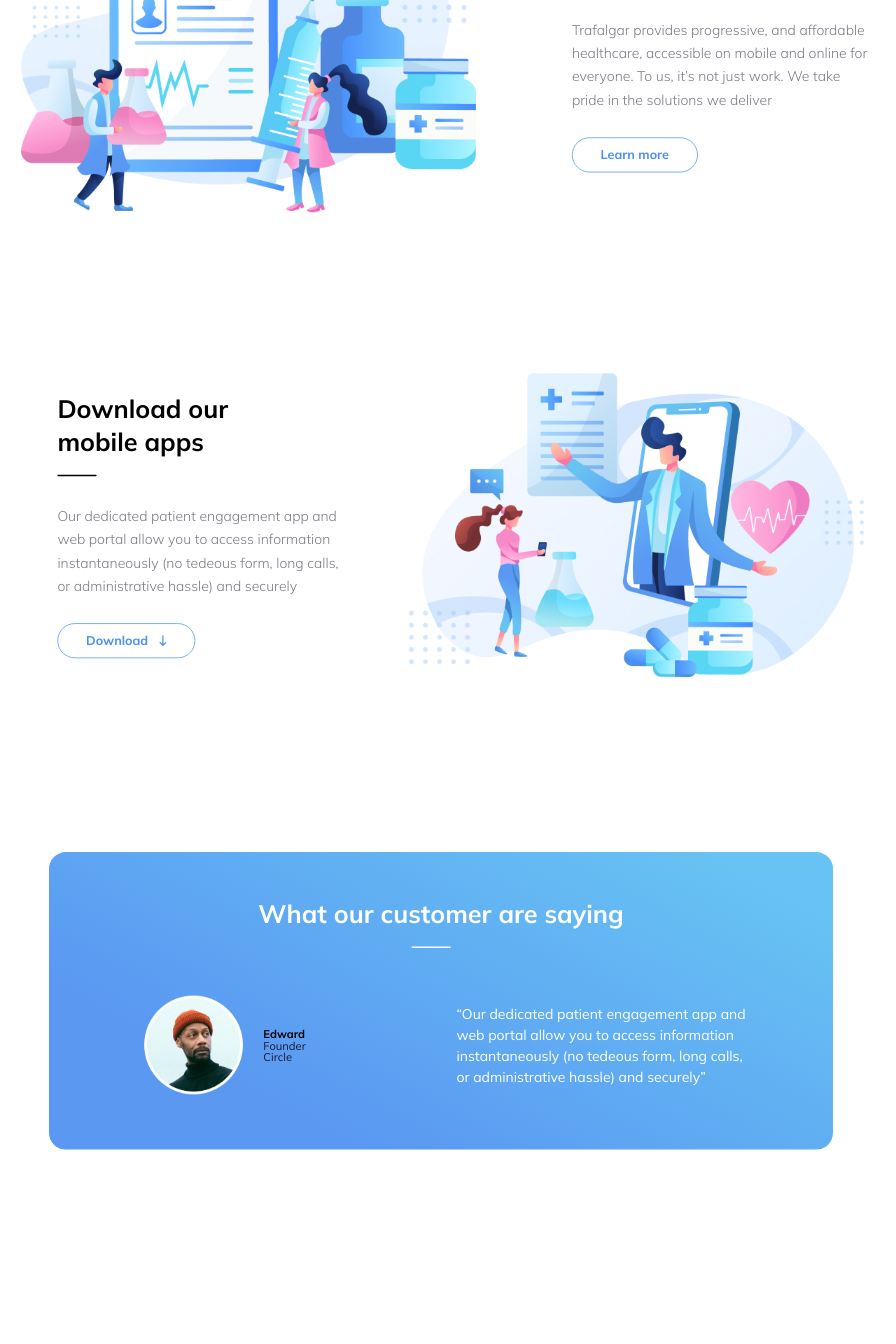
Repository: tungcutte35/Trafalgar
Page: index.html
The author's editor kept a copy of each file at every save. The page is drawn from the files as they stood at one save, then again after the next save.
The browser window is 1280 px wide. The pictures show the part of the page from y = 2526 to 4446 px (the page is 4446 px tall), at 70% of full size.
The style sheet was rebuilt from its Sass, Less or Tailwind sources for each picture, by a compiler version that may differ from the author's.

Above is the page before, as saved 2021-10-18 00:59:33.

### index.html
<!DOCTYPE html>
<html lang="en">
<head>
  <meta charset="UTF-8">
  <meta http-equiv="X-UA-Compatible" content="IE=edge">
  <meta name="viewport" content="width=device-width, initial-scale=1.0">
  <title>Trafalgar</title>
  <link rel="stylesheet" href="./sass/css/app.css">
  <link rel="preconnect" href="https://fonts.googleapis.com">
  <link rel="preconnect" href="https://fonts.gstatic.com" crossorigin>
  <link href="https://fonts.googleapis.com/css2?family=Mulish:wght@300;400;700&display=swap" rel="stylesheet">
 <link rel="stylesheet" href="./font/fontawesome-free-5.15.4-web/css/all.min.css">
</head>
<body>
  <div class="wrapper">
    <header class="header">
    <div class="container">
      <div class="header-main">
        <img srcset="./Images/logo.png 2x" alt="" class="header-img">
        <ul class="menu">
          <li class="menu-item">
            <a href="#" class="menu-link menu-firsd">Home</a>
          </li>
          <li class="menu-item">
            <a href="#" class="menu-link">Find a doctor</a>
          </li>
          <li class="menu-item">
            <a href="#" class="menu-link">Apps</a>
          </li>
          <li class="menu-item">
            <a href="#" class="menu-link">Testimonials</a>
          </li>
          <li class="menu-item">
            <a href="#" class="menu-link">About us</a>
          </li>
          <li class="menu-log">
            <a href="#" class="button button--outline ">Login</a>
          </li>
          <li class="menu-log">
            <a href="#" class="button button--primary ">Logup</a>
          </li>
        </ul>
      </div>
    </div>
    </header>
    <section class="virtual">
      <div class="container">
        <div class="virtual-main">
          <div class="virtual-firsd">
            <h2 class="virtual-heading">Virtual
              for you</h2>
            <p class="text virtual-content">Trafalgar provides progressive, and affordable healthcare, accessible on mobile and online for everyone</p>
            <a href="#" class="button button--primary">Consult today</a>
          </div>
          <div class="virtual-img">
            <img srcset="./Images/img1.png 2x" alt="" class="virtual-imgs">
          </div>
        </div>
      </div>
    </section>
    <secction class="sevices">
      <div class="container">
        <div class="sevices-header">
          <h3 class="heading sevices-heading">Our services</h3>
          <p class="text sevices-content">We provide to you the best choiches for you. Adjust it to your health needs and make sure your undergo treatment with our highly qualified doctors you can consult with us which type of service is suitable for your health</p>
        </div>
        <div class="sevices-main">
          <div class="sevices-item">
            <div class="sevices-price">
            <img class="sevices-img" srcset="./Images/icon1.png 2x" alt="">
            </div>
            <h4 class="heading sevices-title">Search doctor</h4>
            <p class="text sevices-desc">Choose your doctor from thousands of specialist, general, and trusted hospitals</p>
          </div>
          <div class="sevices-item">
            <div class="sevices-price">
            <img class="sevices-img" srcset="./Images/icon2.png 2x" alt="">
            </div>
            <h4 class="heading sevices-title">Online pharmacy</h4>
            <p class="sevices-desc">Buy  your medicines with our mobile application with a simple delivery system</p>
          </div>
          <div class="sevices-item">
            <div class="sevices-price">
            <img class="text sevices-img" srcset="./Images/icon3.png 2x" alt="">
            </div>
            <h4 class="heading sevices-title">Consultation</h4>
            <p class="sevices-desc">Free consultation with our trusted doctors and get the best recomendations</p>
          </div>
          <div class="sevices-item">
            <div class="sevices-price">
            <img class="sevices-img" srcset="./Images/icon4.png 2x" alt="">
            </div>
            <h4 class="heading sevices-title">Details info</h4>
            <p class="text sevices-desc">Free consultation with our trusted doctors and get the best recomendations</p>
          </div>
          <div class="sevices-item">
            <div class="sevices-price">
            <img class="sevices-img" srcset="./Images/icon5.png 2x" alt="">
            </div>
            <h4 class="heading sevices-title">Emergency care</h4>
            <p class="text sevices-desc">You can get 24/7 urgent care for yourself or your children and your lovely family</p>
          </div>
          <div class="sevices-item">
            <div class="sevices-price">
            <img class="sevices-img" srcset="./Images/icon6.png 2x" alt="">
            </div>
            <h4 class="heading sevices-title">Tracking</h4>
            <p class="text sevices-desc">Track and save your medical history and health data </p>
          </div>
        </div>
        <a href="" class="button button--outline sevices-more">Learn more</a>
      </div>
    </secction>
    <section class="lead">
      <div class="container">
        <div class="lead-main">
          <div class="lead-img">
            <img srcset="./Images/img2.png 2x" alt="">
          </div>
          <div class="lead-firsd">
            <h3 class="heading lead-heading">
              Leading healthcare providers
            </h3>
          <div class="lead-title">
            <p class="text lead-content">
              Trafalgar provides progressive, and affordable healthcare, accessible on mobile and online for everyone. To us, it’s not just work. We take pride in the solutions we deliver
            </p>
          </div>
            <a href="#" class="button button--outline">Learn more</a>
          </div>


        </div>
      </div>
    </section>
    <section class="download">
      <div class="container">
        <div class="download-main">
          <div class="dowload-firds">
            <h3 class="heading download-heading">
              Download our mobile apps
            </h3>
            <p class="text download-content">
              Our dedicated patient engagement app and web portal allow you to access information instantaneously (no tedeous form, long calls, or administrative hassle) and securely
            </p>
            <a href="#" class="button button--outline">
              <span>Download</span>
              <img class="download-icon" src="./Images/Bottom.svg" alt="">
            </a>
          </div>
          <img srcset="./Images/img3.png 2x" alt="" class="download-img">
        </div>
      </div>
    </section>
    <section class="customer">
      <div class="container">
        <div class="customer-main">
          <div class="customer-firds">
            <h3 class="heading customer-heading">
              What our customer are saying
            </h3>
          </div>
          <div class="customer-seconds">
            <div class="customer-highlight">
              <img class="customer-img" srcset="./Images/avt.png 2x" alt="">
              <div class="customer-name">
                <p class="heading cutomer-name-firsd">Edward</p>
                <p class="customer-name-seconds">
                  Founder Circle
                </p>
              </div>
            </div>
            <div class="customer-contents">
              <p class="customer-content">
                “Our dedicated patient engagement app and web portal allow you to access information instantaneously (no tedeous form, long calls, or administrative hassle) and securely”
              </p>
            </div>
          </div>
        </div>
      </div>
    </section>
  </div>
<!-- sass app.scss css/app.css --watch -->

</body>
</html>

### sass/app.scss
@import "reset";
@import "variables";
@import "global";
@import "header";
@import "./menu";
@import "./virtual";
@import "./sevices";
@import "./lead";
@import "./download";
@import "./customer";

### sass/_variables.scss
$font: "Mulish", sans-serif;
$gray: #1f1534;
$heading-color: #000000;
$primary-color: #458ff6;
$footer-color: #fff;
$text-color: #7d7987;

### sass/_global.scss
.wrapper {
  max-width: 1600px;
  margin: 0 auto;
}
.container {
  max-width: 1260px;
  margin: 0 auto;
  padding: 0 20px;
}
body {
  font-family: $font;
  line-height: 1;
  font-size: 16px;
  color: $gray;
}
ul {
  list-style-type: none;
}
.button {
  display: inline-flex;
  justify-content: center;
  align-items: center;
  font-size: 18px;
  font-weight: 700;
  height: 50px;
  padding: 0 40px;
  border-radius: 55px;
  background-color: transparent;
  border: 0;
  outline: none;
  cursor: pointer;
  &--primary {
    color: #fff;
    background-color: $primary-color;
  }
  &--outline {
    color: $primary-color;
    border: 1.4px solid $primary-color;
  }
}
.heading {
  color: black;
  font-weight: 700;
}
.text {
  font-size: 18px;
  font-weight: 300;
  color: $text-color;
  line-height: calc(30 / 18);
}

### sass/_header.scss
.header {
  padding-top: 56px;
  margin-bottom: 70px;
  &-main {
    display: flex;
    justify-content: space-between;
    align-items: center;
  }
  &-log {
    display: flex;
    justify-content: space-between;
    align-items: center;
    gap: 0 40px;
  }
}

### sass/_menu.scss
.menu {
  display: flex;
  align-items: center;
  gap: 0 30px;
  &-link {
    color: #8f8a9a;
    font-size: 18px;
  }
  &-firsd {
    color: $gray;
    font-weight: 700;
  }
  &-link:after {
    display: block;
    content: "";
    border-bottom: solid 2px $primary-color;
    transform: scaleX(0);
    transition: transform 250ms ease-in-out;
  }
  &-link:hover:after {
    transform: scaleX(1);
  }
  &-link:hover {
    color: $primary-color;
  }
}

### sass/_virtual.scss
.virtual {
  margin-bottom: 175px;
  &-main {
    display: flex;
    justify-content: space-between;
    align-items: center;
  }
  &-firsd {
    width: 100%;
    max-width: 445px;
    padding-right: 2px;
  }
  &-heading {
    font-size: 48px;
    width: 100%;
    max-width: 197px;
    line-height: calc(56 / 48);
    margin-bottom: 25px;
  }
  &-content {
    font-size: 21px;
    font-weight: 300;
    line-height: calc(32 / 21);
    margin-bottom: 45px;
  }
}

### sass/_sevices.scss
.sevices {
  &-header {
    max-width: 952px;
    margin: 0 auto 35px;
    text-align: center;
  }
  &-heading {
    font-size: 36px;
    line-height: calc(56 / 36);
    position: relative;
    &::after {
      content: "";
      position: absolute;
      bottom: -23px;
      left: 47%;
      width: 56px;
      height: 2px;
      background-color: black;
    }
  }
  &-content {
    display: flex;
    align-items: center;
    justify-content: center;
    margin-top: 50px;
  }
  &-main {
    display: grid;
    grid-template-columns: repeat(3, 1fr);
    grid-gap: 37px 34px;
    max-width: 1120px;
    margin: 35px 40px;
    position: relative;
  }
  &-item {
    height: 350px;
    background-color: #fff;
    border-radius: 20px;
    box-shadow: 10px 40px 50px rgba(229, 233, 246, 0.4);
  }
  &-img {
    padding: 54px 0 23px 37px;
  }
  &-title {
    font-size: 24px;
    padding: 0 0 1px 38px;
  }
  &-desc {
    font-size: 16px;
    font-weight: 300;
    line-height: calc(28 / 16);
    max-width: 266px;
    margin-left: 38px;
  }
  &-price {
    height: 170px;
    width: auto;
  }
  &-more {
    margin: 190px 0;
    margin-left: 42%;
  }
}

### sass/_lead.scss
.lead {
  margin-bottom: 230px;
  &-main {
    display: flex;
    justify-content: space-between;
    align-items: center;
    gap: 0 137px;
  }
  &-img {
    width: 100%;
    max-width: 650px;
  }
  &-firsd {
    max-width: 486px;
    margin-top: -30px;
  }
  &-heading {
    font-size: 36px;
    line-height: calc(56 / 36);
    margin-bottom: 60px;
    position: relative;

    &::after {
      content: "";
      position: absolute;
      width: 56px;
      height: 3px;
      bottom: -26px;
      left: 0;
      border-radius: 10px;
      background-color: black;
    }
  }
  &-content {
    max-width: 430px;
    height: auto;
    font-size: 20px;
    line-height: calc(30 / 18);
    margin-bottom: 37px;
  }
}

### sass/_download.scss
.download {
  margin-bottom: 250px;
  margin-left: 62px;
  &-main {
    display: flex;
    justify-content: space-between;
    align-items: center;
    gap: 0 71px;
    width: 100%;
    max-width: 1156px;
    position: relative;
  }
  &-firsd {
    max-width: 420px;
    padding-left: 145px;
  }
  &-heading {
    max-width: 254px;
    font-size: 36px;
    line-height: calc(47 / 36);
    padding-bottom: 66px;
    position: relative;
    &::after {
      content: "";
      position: absolute;
      width: 56px;
      height: 2px;
      bottom: 40px;
      left: 0;
      border-radius: 6px;
      background-color: black;
    }
  }
  &-content {
    max-width: 410px;
    font-size: 20px;
    line-height: calc(30 / 18);
    margin-bottom: 37px;
  }
  &-icon {
    padding-left: 15px;
  }
}

### sass/_customer.scss
.customer {
  margin-bottom: 278px;
  &-main {
    max-width: 1120px;
    margin-left: 40px;
    background: linear-gradient(208.18deg, #67c3f3 9.05%, #5a98f2 76.74%);
    border-radius: 24px;
  }
  &-firds {
    display: flex;
    align-items: center;
    justify-content: center;
  }
  &-heading {
    max-width: 522px;
    font-size: 36px;
    color: white;
    line-height: calc(48 / 36);
    margin-top: 64px;
    position: relative;
    margin-bottom: 93px;
    &::after {
      content: "";
      position: absolute;
      bottom: -25px;
      left: 42%;
      width: 56px;
      height: 2px;
      background-color: white;
      border-radius: 6px;
    }
  }
  &-seconds {
    display: flex;
    justify-content: space-between;
    align-items: center;
    gap: 0 175px;
    margin-left: 192px;
  }
  &-img {
    max-width: 141px;
    height: 141px;
  }
  &-highlight {
    max-width: 119px;
    display: flex;
    align-items: center;
    justify-content: center;
    gap: 0 29px;
    margin-bottom: 79px;
  }
  &-name-firsd {
    font-size: 22px;
    line-height: calc(48 / 22);
    color: white;

    // max-width: 119px;
  }
  &-content {
    width: 100%;
    max-width: 420px;
    font-size: 20px;
    line-height: calc(30 / 20);
    color: white;
    margin-bottom: 79px;
    margin-right: 118px;
  }
}

Loaded but not shown: font/fontawesome-free-5.15.4-web/css/all.min.css (library); sass/_reset.scss (common file)

After the next save:
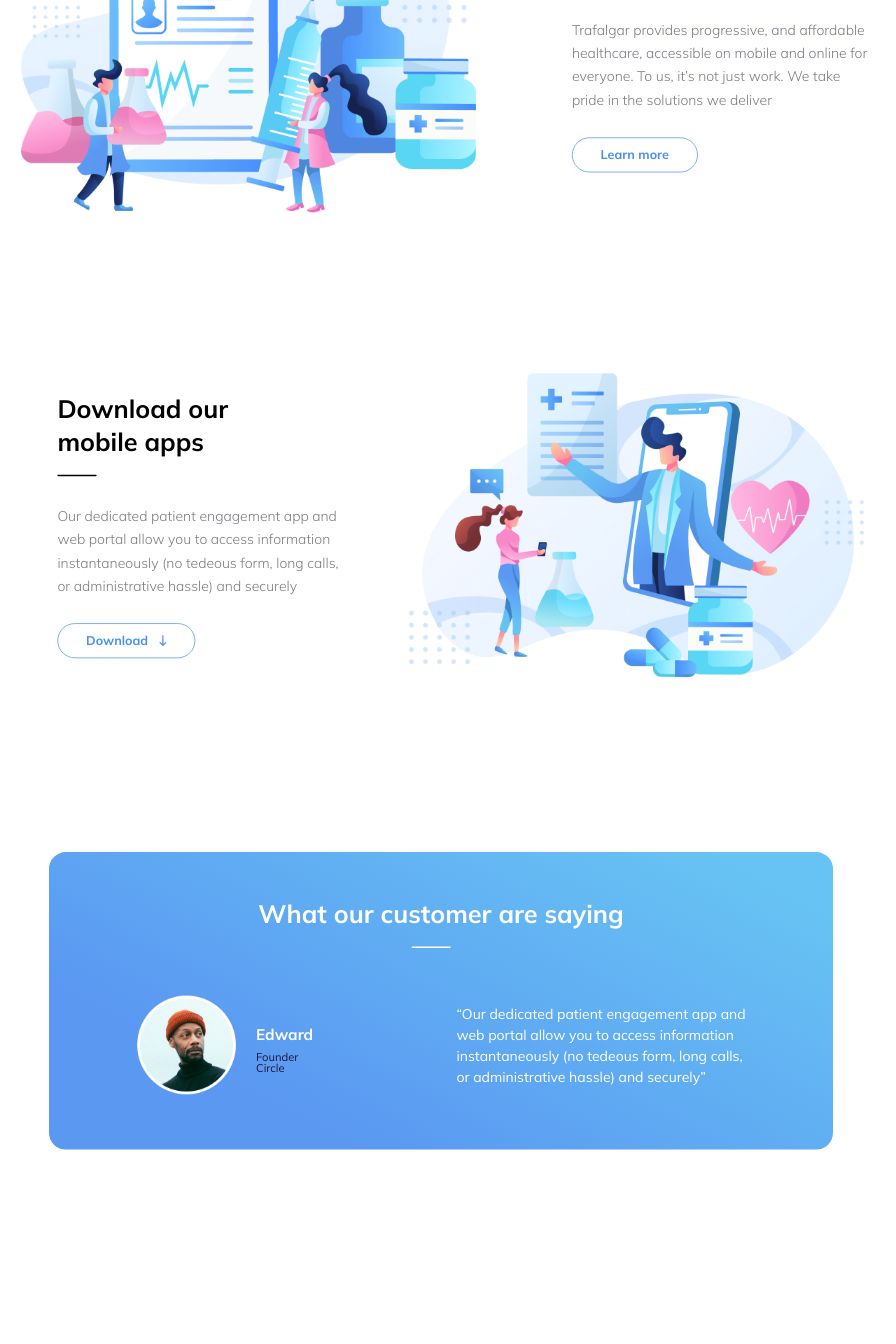
Saved 16 s later.
--- a/index.html
+++ b/index.html
@@ -164,7 +164,7 @@
             <div class="customer-highlight">
               <img class="customer-img" srcset="./Images/avt.png 2x" alt="">
               <div class="customer-name">
-                <p class="heading cutomer-name-firsd">Edward</p>
+                <p class="heading customer-name-firsd">Edward</p>
                 <p class="customer-name-seconds">
                   Founder Circle
                 </p>
